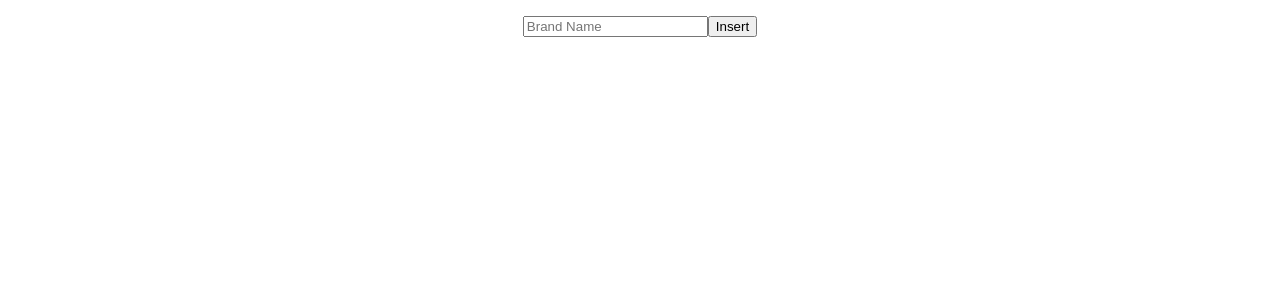
Repository: developerks611/Bumble-bee
Page: http://localhost/Bumble/add-brand.jsp
The author's editor kept a copy of each file at every save. The page is drawn from the files as they stood at one save, then again after the next save.
The browser window is 1280 px wide. The pictures show the whole page.
The page is served by Tomcat 9.

Above is the page before, as saved 2023-02-28 05:39:47.

After the next save:
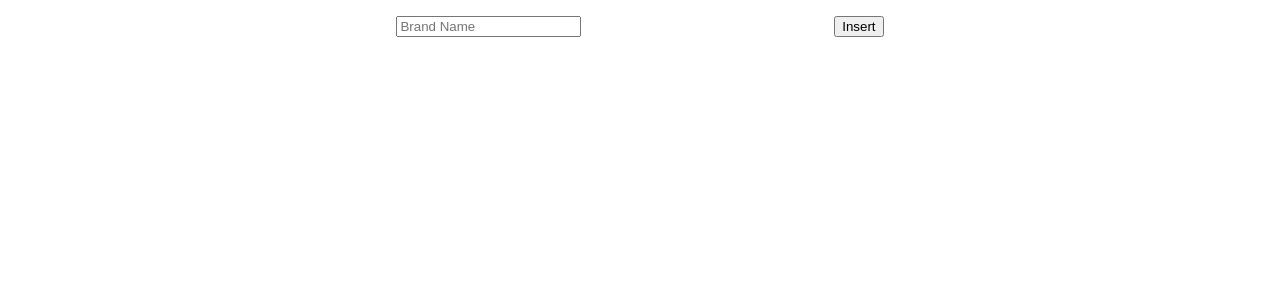
Saved 8 s later.
--- a/Bumble/src/main/webapp/add-brand.jsp
+++ b/Bumble/src/main/webapp/add-brand.jsp
@@ -12,7 +12,7 @@
 }
 
 .createAccount {
-	margin-left:
+	margin-left: 20%;
 }
 </style>
 </head>
